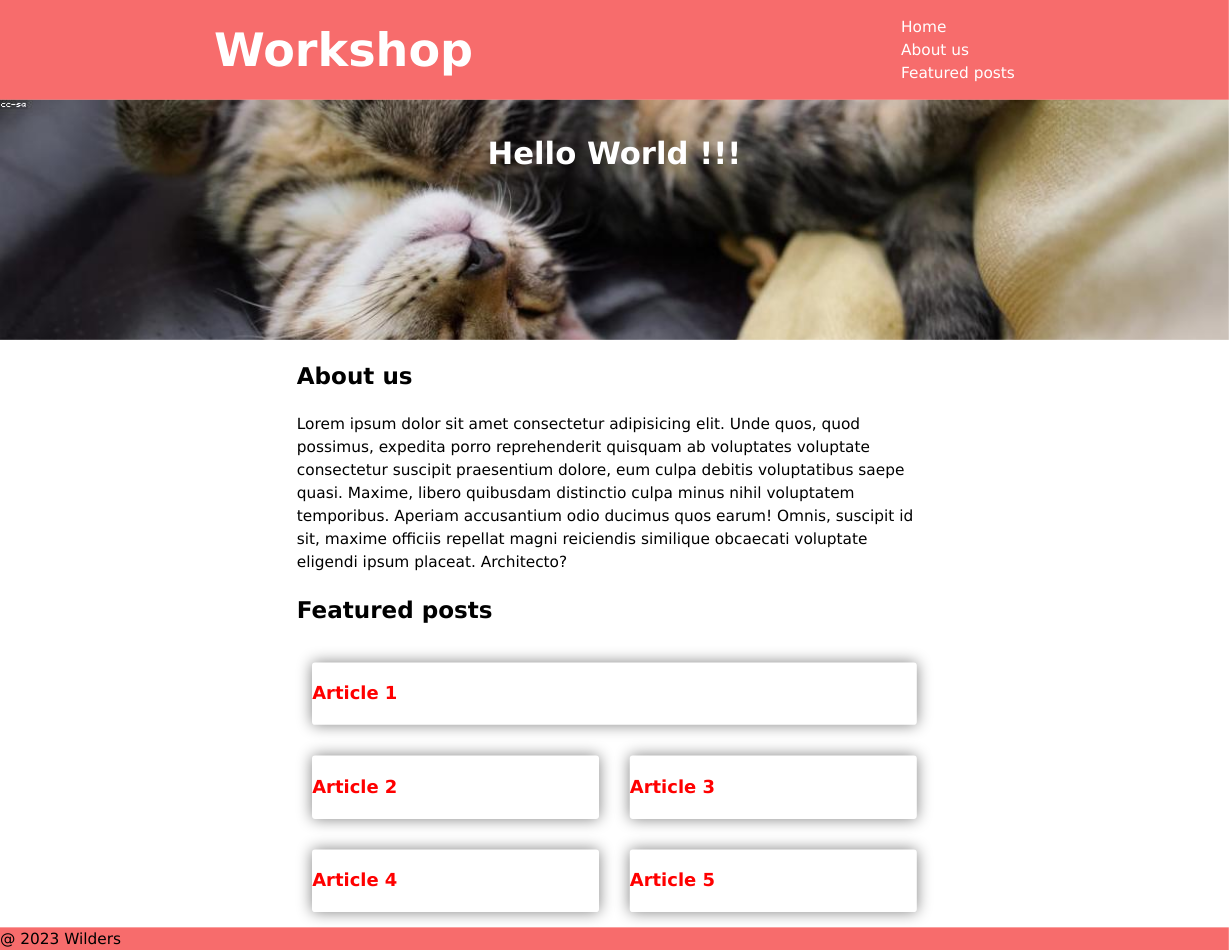
Repository: PPaillard/cssresponsive
Page: index.html
The author's editor kept a copy of each file at every save. The page is drawn from the files as they stood at one save, then again after the next save.
The browser window is 1280 px wide. The pictures show the whole page, at 96% of full size.

Above is the page before, as saved 2023-03-03 15:08:31.

After the next save:
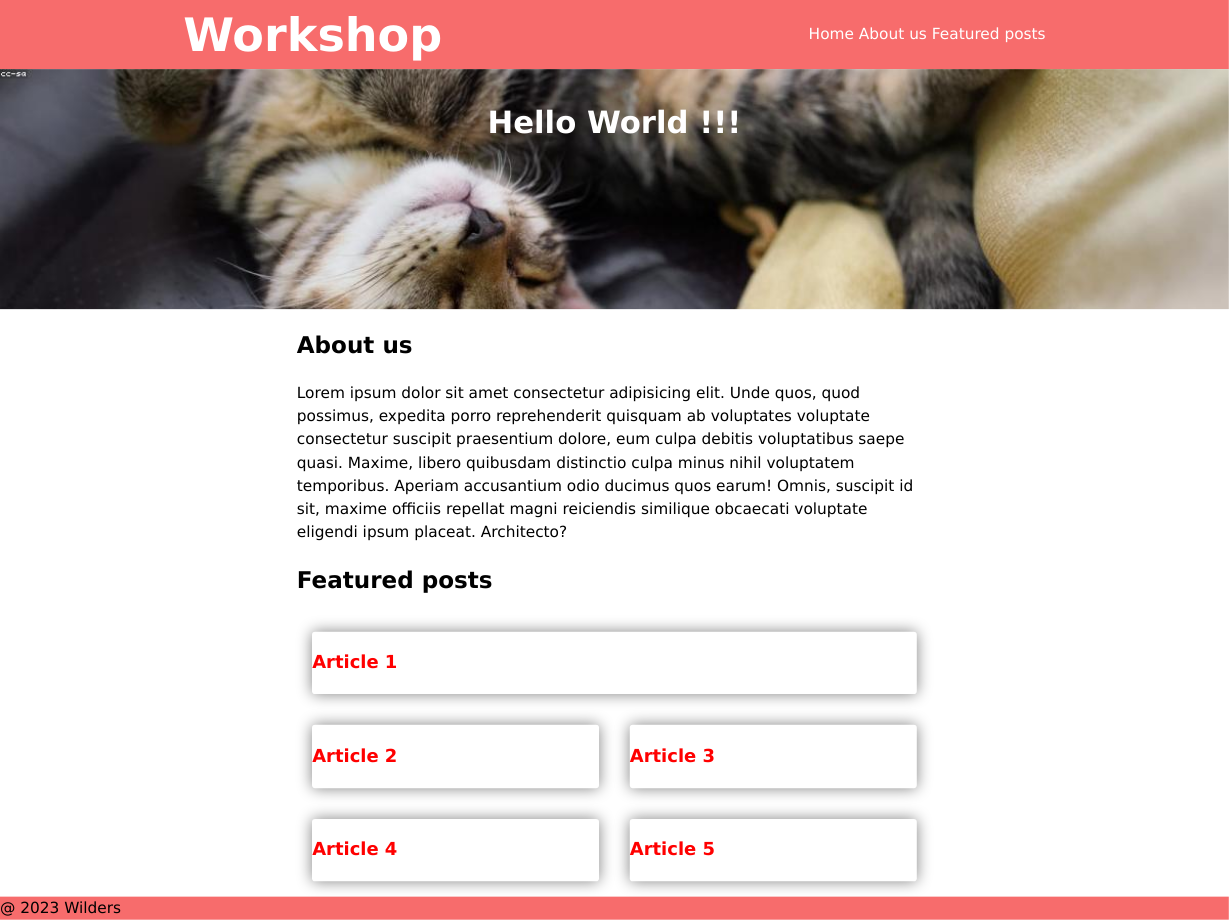
Saved 27 min 45 s later.
--- a/style.css
+++ b/style.css
@@ -35,6 +35,7 @@ nav ul li a {
   color: white;
   text-decoration: none;
 }
+
 /* fin de navigation */
 /* header */
 
@@ -76,3 +77,9 @@ section article {
 footer {
   background-color: #f76c6c;
 }
+
+@media screen and (min-width: 768px) {
+  nav > ul > li {
+    display: inline-block;
+  }
+}
